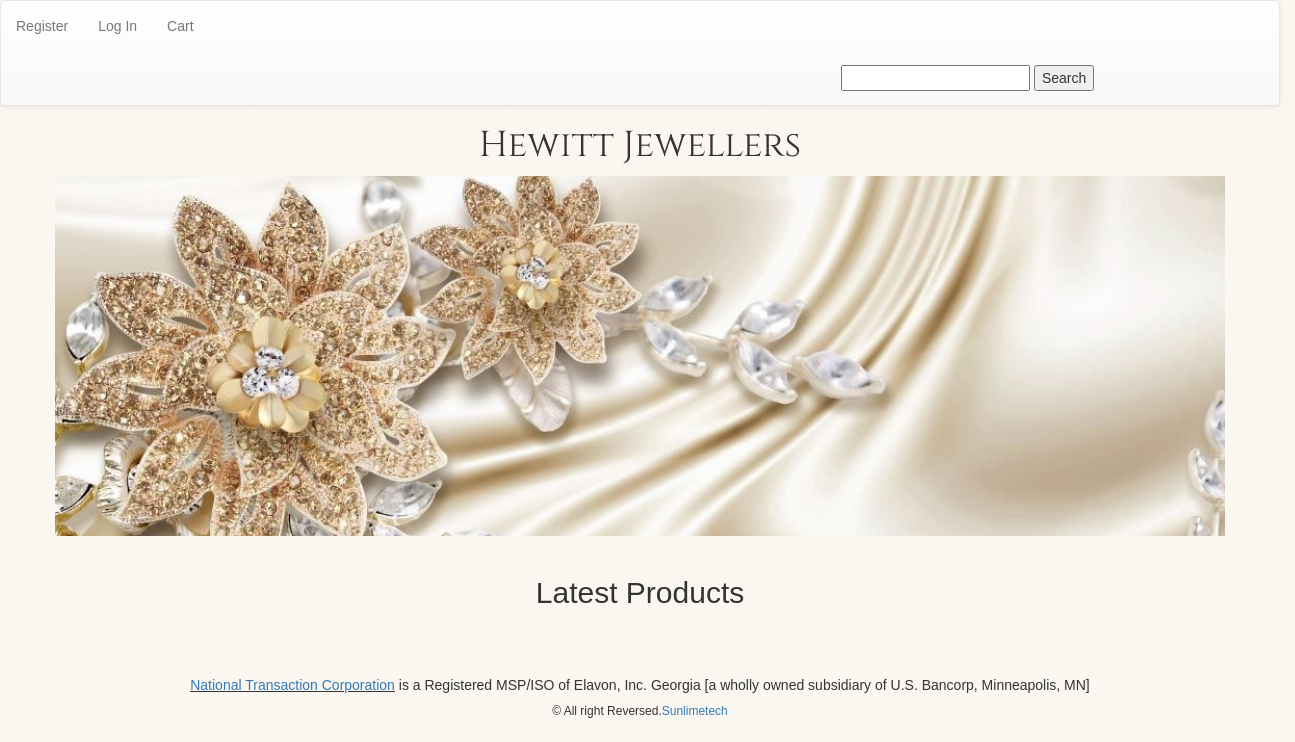
Repository: darhewitt/darragh-ecom
Page: templates/base.html
The author's editor kept a record of every edit. The page is drawn from the files as they stood at one moment, then again after the next edit.
The browser window is 1280 px wide. The page is 1295 px wide, so the pictures cover 1295 px, including what lies to the right of the window. The pictures show the whole page.
Some icons come from a web library that is not loaded, so they are not drawn. Some web libraries are served in a nearby version. The template is drawn by Django 2.2. The application's start-up code is not run. The template is opened directly, without the code that normally fills it, so the values that code supplies are empty.

Above is the page before.
Console error (its wording comes from the project's code and is left out).

After the next edit:
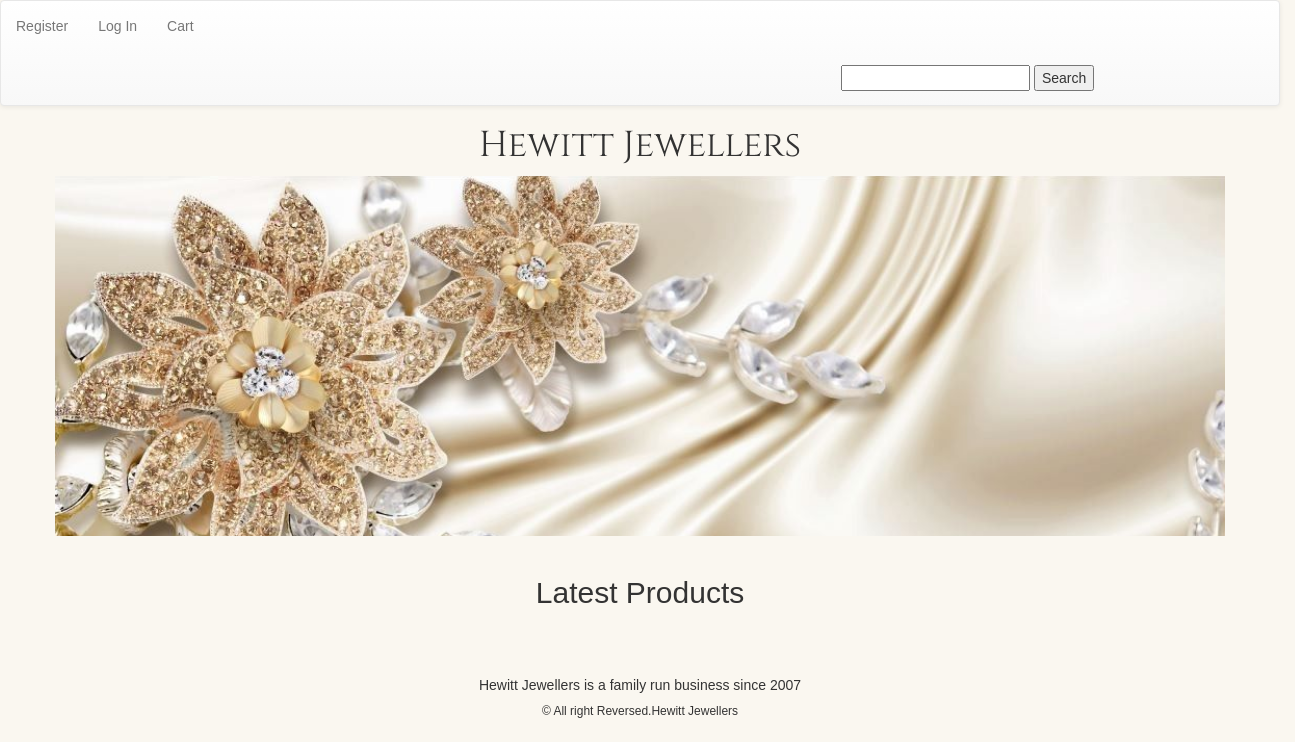
The edit:
--- a/templates/base.html
+++ b/templates/base.html
@@ -93,8 +93,8 @@
     <footer>
         <div class="row">
 				<div class="col-xs-12 col-sm-12 col-md-12 mt-2 mt-sm-2 text-center text-white">
-					<p><u><a href="https://www.nationaltransaction.com/">National Transaction Corporation</a></u> is a Registered MSP/ISO of Elavon, Inc. Georgia [a wholly owned subsidiary of U.S. Bancorp, Minneapolis, MN]</p>
-					<p class="h6">&copy All right Reversed.<a class="text-green ml-2" href="https://www.sunlimetech.com" target="_blank">Sunlimetech</a></p>
+					<p>Hewitt Jewellers is a family run business since 2007</p>
+					<p class="h6">&copy All right Reversed.Hewitt Jewellers</p>
 				</div>
 				</hr>
 			</div>
